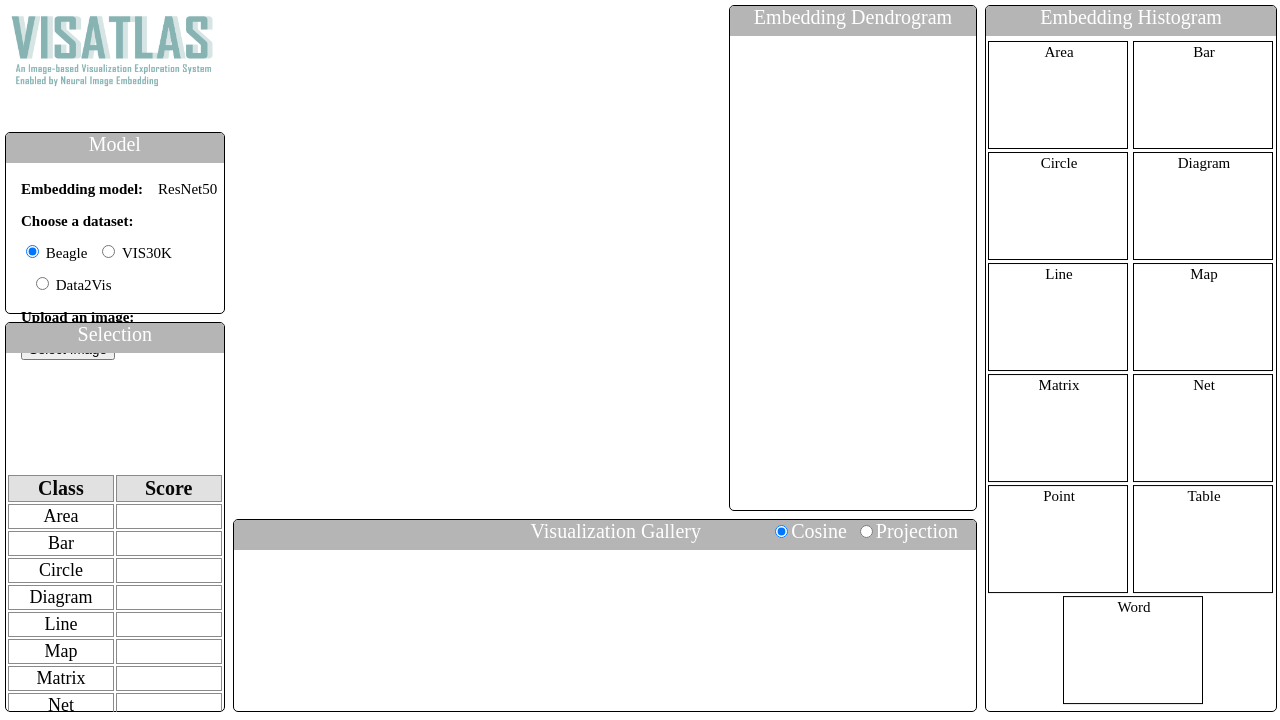
Repository: yilinye/AI_and_human_paintings
Page: / (app in VIS4AI_art/Frontend/)
An editor plug-in stored every save of this project. The page is shown before and after the next save, followed by the edit.
The browser window is 1280 px wide. The pictures show the whole page.
The page's requests for data from a server got no answer. The project was rebuilt for these pictures with package versions that can differ from the ones it lists, and the page was loaded fresh each time. No one was signed in, and anything a server would have sent is missing. Also part of the build but not shown: VIS4AI_art/Frontend/vite.config.js, VIS4AI_art/Frontend/src/components/WelcomeItem.vue, VIS4AI_art/Frontend/src/components/icons/IconDocumentation.vue, VIS4AI_art/Frontend/src/components/icons/IconTooling.vue, VIS4AI_art/Frontend/src/components/icons/IconEcosystem.vue, VIS4AI_art/Frontend/src/components/icons/IconCommunity.vue, VIS4AI_art/Frontend/src/components/icons/IconSupport.vue, VIS4AI_art/Frontend/src/components/TheWelcome.vue and 1 more.

Above is the page before, as saved 2022-04-27 13:37:50.

### VIS4AI_art/Frontend/src/App.vue
<!--
 * @Author: Qing Shi
 * @LastEditTime: 2022-04-12 22:41:44
 * @Knowledge:
 * @Description:
 * @Attention:
-->

<template>
  <VisView/>
</template>

<script>
import VisView from "./views/visView.vue";

// var Event = new Vue();
export default {
    components: { VisView }
}
</script>

<style>
@import "./assets/base.css";

#app {
  height: calc(100%);
  font-weight: normal;
}

</style>

### VIS4AI_art/Frontend/src/assets/base.css
body {

  margin: 0%;
  height: 100%;
  width: 100%;
  background-color: rgb(255, 255, 255);
  overflow: hidden;
}


#titleBar {
  background: rgb(181, 181, 181);
  height: 30px;
  width: calc(100% + 0px);
  border-radius: 4px 4px 0px 0px;
  /* border: solid 1px; */
  transform: translate(0px);
  text-align: center;
  color: white;
  font-size: 20px;
}


/*chrome--------------------------------------------start*/
::-webkit-scrollbar {
  width: 8px;
  height: 8px;
}

/* Track */
::-webkit-scrollbar-track {
  background: #ffffff;
  border-radius: 8px;
}

/* Handle */
::-webkit-scrollbar-thumb {
  background: rgb(201, 201, 202);
  border-radius: 8px;
}

/* Handle on hover */
::-webkit-scrollbar-thumb:hover {
  background: rgb(162, 162, 163);
}

.el-menu::-webkit-scrollbar,
.el-table__body-wrapper::-webkit-scrollbar {
  display: none;
}

.el-menu:hover::-webkit-scrollbar,
.el-table__body-wrapper:hover::-webkit-scrollbar {
  display: block;
}

/*chrome--------------------------------------------end*/

### VIS4AI_art/Frontend/src/views/visView.vue
<template>
  <div id="logoView">
    <img
      src="../assets/logo.png"
      alt=""
      style="width: 100%; height=auto;"
    >
  </div>
  <div id="modelView">
    <ModelView @getFilePath="getFilePath" />
  </div>
  <div id="selectView">
    <SelectView />
  </div>
  <div id="mainView">
    <MainView />
  </div>
  <div id="dendrogramView">
    <DendrogramView />
  </div>
  <div id="histogramView">
    <HistogramView />
  </div>
  <div id="galleryView">
    <GalleryView />
  </div>
</template>

<script>
import * as d3 from 'd3';
import SelectView from "../components/selectView.vue";
import MainView from "../components/mainView.vue";
import DendrogramView from "../components/dendrogramView.vue";
import HistogramView from "../components/histogramView.vue";
import GalleryView from "../components/galleryView.vue";
import ModelView from "../components/modelView.vue";
export default {
  components: { SelectView, MainView, DendrogramView, HistogramView, GalleryView, ModelView },
  data () {
    return {
      pth: { filePath: "/src/visData/Beagle reorder.csv" }
    }
  },
  provide () {
    return {
      fileP: this.pth,
    }
  },
  methods: {
    getFilePath: function (val) {
      this.pth.filePath = val;
      this.fileP = this.pth;
    }
  }
}
</script>

<style>

#logoView {
  position: absolute;
  left: 5px;
  top: 5px;
  height: 17%;
  width: 17%;
  /* border: solid 1px; */
}

#modelView {
  position: absolute;
  left: 5px;
  top: calc(17% + 5px + 5px);
  height: 25%;
  width: 17%;
  border: solid 1px;
  border-radius: 5px;
}

#selectView {
  position: absolute;
  left: 5px;
  top: calc(42% + 15px + 5px);
  height: calc(58% - 30px);
  width: 17%;
  border: solid 1px;
  border-radius: 5px;
}

#mainView {
  position: absolute;
  left: calc(15px + 17%);
  top: calc(5px);
  height: calc(70%);
  width: calc(38%);
  /* border: solid 1px;
  border-radius: 5px; */
}

#dendrogramView {
  position: absolute;
  left: calc(25px + 55%);
  top: calc(5px);
  height: calc(70%);
  width: calc(20% - 10px);
  border: solid 1px;
  border-radius: 5px;
}

#galleryView {
  position: absolute;
  left: calc(15px + 17%);
  top: calc(15px + 70%);
  height: calc(30% - 25px);
  width: calc(58%);
  border: solid 1px;
  border-radius: 5px;
}

#histogramView {
  position: absolute;
  left: calc(25px + 75%);
  top: calc(5px);
  height: calc(100% - 15px);
  width: calc(25% - 30px);
  border: solid 1px;
  border-radius: 5px;
}
</style>

### VIS4AI_art/Frontend/src/components/selectView.vue
<!--
 * @Author: Qing Shi
 * @LastEditTime: 2022-04-26 10:14:02
 * @Knowledge:
 * @Description:
 * @Attention:
-->
<template>
  <div style="height: 100%">
    <div id="titleBar">
      {{ viewName }}
    </div>
    <div id="selectPic">
      <div
        v-if="isChoose"
        id="isChoose"
      >
        <img
          id="nodePic"
        >
      </div>
    </div>
    <div id="selectTable">
      <table style="width:100%;text-align: center;margin-top:2px;height:calc(100% - 10px);margin-bottom:5px;">
        <tr style="height:calc(8% - 30px)">
          <th>Class</th>
          <th>Score</th>
        </tr>
        <tr
          v-for="item in items"
          :key="item.className"
          style="height:calc(8% - 30px)"
        >
          <td>{{ item.className }}</td>
          <td :id="item.className+'Table'">{{ item.classScore }}</td>
        </tr>
      </table>
    </div>
  </div>
</template>

<script>
export default {
  data () {
    return {
      viewName: "Selection",
      isChoose: true,
      picPath: "/src/assets/logo.svg",
      items: {
        Area: { className: "Area", classScore: "" },
        Bar: { className: "Bar", classScore: "" },
        Circle: { className: "Circle", classScore: "" },
        Diagram: { className: "Diagram", classScore: "" },
        Line: { className: "Line", classScore: "" },
        Map: { className: "Map", classScore: "" },
        Matrix: { className: "Matrix", classScore: "" },
        Net: { className: "Net", classScore: "" },
        Point: { className: "Point", classScore: "" },
        Table: { className: "Table", classScore: "" },
        Word: { className: "Word", classScore: "" },
      }
    }
  }
}
</script>

<style>
#selectPic {
  height: 30%;
  width: 100%;
}
#isChoose {
  text-align: center;
  margin-top: 1px;
  margin-left: 6px;
  margin-right: 6px;
  margin-bottom: 2px;
  height: 100%;
  display: flex;
  flex-direction: column;
  justify-content: center;
  align-items: center;
}
#selectTable {
  height: calc(70% - 30px);
  width: 100%;
  overflow: auto;
  /* background-color: #000000; */
}

th {
  text-align: middle;
  /* padding-left: 45px; */
  /* border-bottom: 1px solid #ddd; */
  border: 1px solid rgb(138, 138, 138);
  /* background-color: white; */
  background-color: rgb(225, 225, 225);
  color: rgb(7, 7, 7);
  font-size: 20px;
  /* color: white; */
}

td {
  text-align: middle;
  /* padding-left: 45px; */
  width: 50%;
  /* border-bottom: 1px solid #ddd; */
  border: 1px solid rgb(138, 138, 138);
  font-size: 18px;
  color: black;
  /* height: 100% */
}

/* tr {
  height: calc(100%)
} */

tr:hover {
  background-color: rgb(231, 164, 179);
}
</style>

### VIS4AI_art/Frontend/src/components/mainView.vue
<template>
  <!-- <div id="titleBar">
    {{ viewName }}
  </div> -->
  <div id="mainViewPic">

  </div>
</template>

<script>
import * as d3 from 'd3';
export default {
  data () {
    return {
        viewName: "Model"
    }
  },
  methods: {
    createSVG () {
      d3.select("#mainViewPicSvg").remove();

    }
  }
}
</script>

<style>
</style>

### VIS4AI_art/Frontend/src/components/dendrogramView.vue
<!--
 * @Author: Qing Shi
 * @LastEditTime: 2022-04-27 13:37:51
 * @Knowledge:
 * @Description:
 * @Attention:
-->
<template>
  <div style="height: 100%; width: 100%;">
    <div id="titleBar">
      {{ viewName }}
    </div>
    <div
      id="dendrogramViewPic"
      :style="{height: ht}"
    >

    </div>
  </div>
</template>

<script>
import * as d3 from 'd3';
export default {
  mounted () {
    this.createSVG();
    this.drawDedrogram(this.fileP.filePath);
  },
  data () {
    return {
      viewName: "Embedding Dendrogram",
      dendWidth: 0,
      dendHeight: 0,
      ht: "calc(100% - 30px)",
      levelCluster: {
        "Beagle": ['Circle', 'Map', 'Line', 'Area', 'Bar', 'Net', 'Point', 'Diagram', 'Matrix', 'Table', 'Word'],
        "VIS": ["Map", "Circle", "Bar", "Point", "Line", "Diagram", "Matrix", "Net", "Area", "Table", "Word"],
        "Data": ["Area", "Line", "Bar", "Point"]
      },
      colormap: { "circle": "#4A80CE", "point": "#FF931D", "net": "#42B287", "line": "#E5CD3C", "area": "#FF6224", "bar": "#A9DB63", "map": "#C192EA", "matrix": "#1C9AB7", "table": "#FF9896", "word": "#FFB839", "diagram": "#0ED88F" },
    }
  },
  inject: ['fileP'],
  methods: {
    createSVG () {
      const dendHeight = document.getElementById('dendrogramViewPic').offsetHeight;
      const dendWidth = document.getElementById('dendrogramViewPic').offsetWidth;
      this.dendHeight = dendHeight;
      this.dendWidth = dendWidth;
      d3.select("#dendrogramViewPicSvg").remove();
      d3.select("#dendrogramViewPic")
        .append('svg')
        .attr('id', 'dendrogramViewPicSvg')
        .attr('height', dendHeight)
        .attr('width', dendWidth);
    },
    drawDedrogram (filePath) {
      let levelType = undefined;

      if (filePath[13] == 'B') {
        levelType = this.levelCluster["Beagle"];
      }

      if (filePath[13] == 'v') {
        levelType = this.levelCluster["VIS"];
      }

      if (filePath[13] == 'd') {
        levelType = this.levelCluster["Data"];
      }
      d3.csv(filePath).then((fileData) => {
        // console.log(fileData);
        let tempLevel = new Object();
        // console
        for (let i in levelType) tempLevel[levelType[i].toLowerCase()] = 0;
        for (let i = 0; i < fileData.length; ++i) {
          // if (i < 10) console.log(fileData[i]['class']);
          tempLevel[fileData[i]['class']]++;
        }
        let treeData = new Array();
        let sumTree = 0;
        for (let i in tempLevel) {
          if (tempLevel[i] > 0) {
            treeData.push({
              value: tempLevel[i],
              id: i,
              top: sumTree
            });
            sumTree += tempLevel[i];
          }
        }
        this.drawTree(treeData, sumTree);
        // this.drawTree([{value: 80, id:'circle', top: 0}, {value: 20, id: 'net', top: 80}], 100)
        // this.drawTree([{ value: 100, id: 'circle', top: 0 }], 100)
      })
    },
    drawTree (treeData, sumTree) {
      d3.select('#tree_g').remove();
      const tree_g = d3.select('#dendrogramViewPicSvg')
        .append('g')
        .attr('id', 'tree_g');

      const yAxisTop = d3.scaleLinear()
        .domain([0, sumTree])
        .range([5, this.dendHeight - 5]);
      const yAxis = d3.scaleLinear()
        .domain([0, sumTree])
        .range([0, this.dendHeight - 10]);

      let tree_rect_g = tree_g.append('g')
        .selectAll("#treeRect")
        .attr('id', 'treeRect')
        .data(treeData)
        .enter()
      tree_rect_g.append('rect')
        .attr('x', this.dendWidth - 60)
        .attr('y', d => yAxisTop(d.top))
        .attr('width', 48)
        .attr('height', d => yAxis(d.value))
        .attr('fill', d => this.colormap[d.id])
      // .attr('fill-opacity', 0.7)
      tree_rect_g.append('text')
        .attr('x', this.dendWidth - 60)
        .attr('y', d => {
          return yAxisTop(d.top + d.value / 2);
        })
        .attr('text-anchor', 'middle')
        .attr('dx', 24)
        .attr('dy', 7)
        .attr('font-size', 14)
        .text(d => {
          if (yAxis(d.value) > 24)
            return d.value;
        });
      let scatterData = [];
      let lineData = [];
      let textData = [];
      treeData.forEach(d => {
        scatterData.push({
          cx: this.dendWidth - 60 - 1,
          cy: d.top + d.value / 2
        });
      });
      let lastScatterPos = scatterData[treeData.length - 1];
      if (treeData.length > 1) {
        lineData.push({
          x1: lastScatterPos.cx,
          y1: lastScatterPos.cy,
          x2: lastScatterPos.cx - ((this.dendWidth - 100) / (treeData.length - 1)),
          y2: lastScatterPos.cy
        });
        textData.push({
          x: (lastScatterPos.cx + lastScatterPos.cx - ((this.dendWidth - 100) / (treeData.length - 1))) / 2,
          y: lastScatterPos.cy,
          wid: ((this.dendWidth - 100) / (treeData.length - 1)),
          hei: lastScatterPos.cy - (treeData.length == 1 ? 5 : scatterData[treeData.length - 2].cy),
          id: treeData[treeData.length - 1].id
        })
      }
      for (let i = treeData.length - 2; i >= 0; --i) {
        let tempScatter = ({
          cx: lastScatterPos.cx - ((this.dendWidth - 100) / (treeData.length - 1)),
          cy: (scatterData[i].cy + lastScatterPos.cy) / 2
        });
        lineData.push({
          x1: scatterData[i].cx,
          y1: scatterData[i].cy,
          x2: tempScatter.cx,
          y2: scatterData[i].cy
        });
        lineData.push({
          x1: tempScatter.cx,
          y1: lastScatterPos.cy,
          x2: tempScatter.cx,
          y2: (scatterData[i].cy)
        });
        lineData.push({
          x1: tempScatter.cx,
          y1: lastScatterPos.cy,
          x2: lastScatterPos.cx,
          y2: lastScatterPos.cy
        });
        textData.push({
          x: (scatterData[i].cx + tempScatter.cx) / 2,
          y: scatterData[i].cy,
          wid: (scatterData[i].cx - tempScatter.cx),
          hei: scatterData[i].cy - (i == 0 ? 5 : scatterData[i - 1].cy),
          id: treeData[i].id
        })
        lastScatterPos = tempScatter;
        scatterData.push(tempScatter);
      }

      scatterData.push({
        cx: lastScatterPos.cx - (treeData.length > 1 ? 0 : (this.dendWidth - 100)) - 25,
        cy: lastScatterPos.cy
      });
      lineData.push({
        x1: lastScatterPos.cx,
        y1: lastScatterPos.cy,
        x2: lastScatterPos.cx - (treeData.length > 1 ? 0 : (this.dendWidth - 100)) - 25,
        y2: lastScatterPos.cy
      });

      if (treeData.length == 1) {
        textData.push({
          x: (scatterData[0].cx + 25) / 2,
          y: scatterData[0].cy,
          wid: (scatterData[0].cx - 25),
          hei: scatterData[0].cy - 5,
          id: treeData[0].id
        })
      }

      tree_g.append('g')
        .selectAll('#treeLine')
        .attr('id', 'treeLine')
        .data(lineData)
        .enter()
        .append('line')
        .attr('x1', d => d.x1)
        .attr('y1', d => yAxisTop(d.y1))
        .attr('x2', d => d.x2)
        .attr('y2', d => yAxisTop(d.y2))
        .attr('fill', 'none')
        .attr('stroke', 'rgb(120, 120, 120)')
        .attr('stroke-width', 1);
      tree_g.append('g')
        .selectAll('#treeCir')
        .attr('id', 'treeCir')
        .data(scatterData)
        .enter()
        .append('circle')
        .attr('cx', d => d.cx)
        .attr('cy', d => yAxisTop(d.cy))
        .attr('r', 2)
        .attr('fill', 'black')
        .attr('stroke', d3.rgb(120, 120, 120))
        .attr('stroke-width', 1);
      tree_g.append('g')
        .selectAll('#treeLineName')
        .attr('id', 'treeLineName')
        .data(textData)
        .enter()
        .append('text')
        .attr('text-anchor', 'middle')
        .attr('font-size', 14)
        .attr('dy', -5)
        .attr('x', d => d.x)
        .attr('y', d => yAxisTop(d.y))
        .text(d => {
          if (d.wid > 40 && yAxis(d.hei) > 18)
            return d.id[0].toUpperCase() + d.id.slice(1);
        })
    }
  },
  watch: {

    fileP: {
      handler (newValue, oldValue) {

        this.drawDedrogram(this.fileP.filePath);
      },
      deep: true
    },
  }
}
</script>

<style>
</style>

### VIS4AI_art/Frontend/src/components/galleryView.vue
<!--
 * @Author: Qing Shi
 * @LastEditTime: 2022-04-26 17:20:08
 * @Knowledge:
 * @Description:
 * @Attention:
-->
<template>
  <div style="width: 100%; height: 100%;">
    <div id="titleBar">
      <span style="position: absolute; left: 40%;">{{ viewName }}</span>
      <span style="float: right">
        <form
          id="select-distance"
          style="margin-top:0;margin-right:18px"
        >

          <input
            type="radio"
            id="metricChoice1"
            name="contact"
            value="cosine"
            checked="checked"
            @click="updateType('Cosine')"
          >
          <label for="metricChoice1">Cosine</label>

          <input
            type="radio"
            id="metricChoice2"
            name="contact"
            value="radviz"
            style="margin-left:13px;padding-top:50%;"
            @click="updateType('Projection')"
          >
          <label for="metricChoice2">Projection</label>

        </form>
      </span>

    </div>
    <div id="nodeGallery">
      <div style="height: 100%; white-space: nowrap;">
        <div
          v-for="(item, index) in closeNode"
          :key="index"
          class="closeNode"
        >
          <img
            :src="'/src/assets' + item.path.slice(1)"
            alt=""
            :pid="item.pid"
            style="height:100%;"
            @click="updateSelectNode(item)"
          >
        </div>
      </div>
    </div>
  </div>
</template>

<script>
export default {
  data () {
    return {
      viewName: "Visualization Gallery",
      closeNode: []
    }
  },
  methods: {
    setCloseNode (data) {
      // console.log(data);
      this.closeNode = data;
    },
    updateType (data) {
      // console.log(data)
      this.$emit('updateGType', data);
    },
    updateSelectNode (data) {
      this.$emit("updateSelectNode", data);
    }
  }
}
</script>

<style>
#nodeGallery {
  overflow-x: scroll;
  overflow-y: hidden;
  width: 100%;
  height: calc(100% - 30px);
}
.closeNode {
  /* position: absolute; */
  /* width: 20%; */
  height: calc(100% - 10px);
  /* padding-bottom: 50%; */
  /* position: fixed; */
  margin-top: 5px;
  margin-bottom: 5px;
  border: solid 1px;
  margin-left: 2.5px;
  margin-right: 2.5px;
  /* float: left; */
  white-space: normal;
  display: inline-block;
  /* display: flex; */
  flex-direction: column;
  justify-content: center;
  align-items: center;
}
</style>

### VIS4AI_art/Frontend/src/components/modelView.vue
<!--
 * @Author: Qing Shi
 * @LastEditTime: 2022-04-08 23:35:44
 * @Knowledge:
 * @Description:
 * @Attention:
-->
<template>
  <div id="titleBar">
    {{ viewName }}
  </div>
  <div id="panel">
    <span style="font-weight: bold;">Embedding model:</span>&nbsp;&nbsp;&nbsp;&nbsp;ResNet50
    <br>
    <span style="font-weight: bold;">Choose a dataset:</span>
    <br>
    <form>
					<div style="display:inline-block">
						<input type="radio" id="cbox1" name="dataset" value="Beagle" @click="chooseFile('/src/visData/Beagle reorder.csv')" checked
							source="/src/visData/Beagle reorder.csv">
						Beagle
          </div>

					<div style="margin-left:10px;display:inline-block">
						<input type="radio" id="cbox2" name="dataset" value="Vis30k" @click="chooseFile('/src/visData//vis30k reorder.csv')" source="/src/visData/vis30k reorder.csv">
						VIS30K
          </div>

					<div style="margin-left:10px;display:inline-block">
						<input type="radio" id="cbox3" name="dataset" value="Data2Vis" @click="chooseFile('/src/visData/data2vis reorder.csv')" source="/src/visData/data2vis reorder.csv">
						Data2Vis
          </div>

					<input type="submit" value="Submit" style="display:none" id="dataset submit">
				</form>
    <!-- <br> -->
    <span style="font-weight: bold;">Upload an image:</span> &nbsp;
    <button>Select Image</button>
  </div>
</template>

<script>
export default {
  // created() {
  //   this.chooseFile(this.fileName);
  // },
  data () {
    return {
      viewName: "Model",
      fileName: "/src/visData/Beagle reorder.csv"
    }
  },
  methods: {
    chooseFile: function(e) {
      this.fileName = e;
      this.$emit('getFilePath', e);
    }
  }
}
</script>

<style>
#panel {
  /* text-align: center; */
  font-size: 15px;
  line-height: 2rem;
  margin-top: 10px;
  margin-left: 15px;
}
</style>

Loaded but not shown: VIS4AI_art/Frontend/index.html (common file); VIS4AI_art/Frontend/src/service/modules/dataService.js (24 lines, source omitted); VIS4AI_art/Frontend/src/router/index.js (20 lines, source omitted); VIS4AI_art/Frontend/src/main.js (11 lines, source omitted); VIS4AI_art/Frontend/src/service/index.js (1 lines, source omitted); VIS4AI_art/Frontend/src/components/histogramView.vue (365 lines, source omitted)

After the next save:
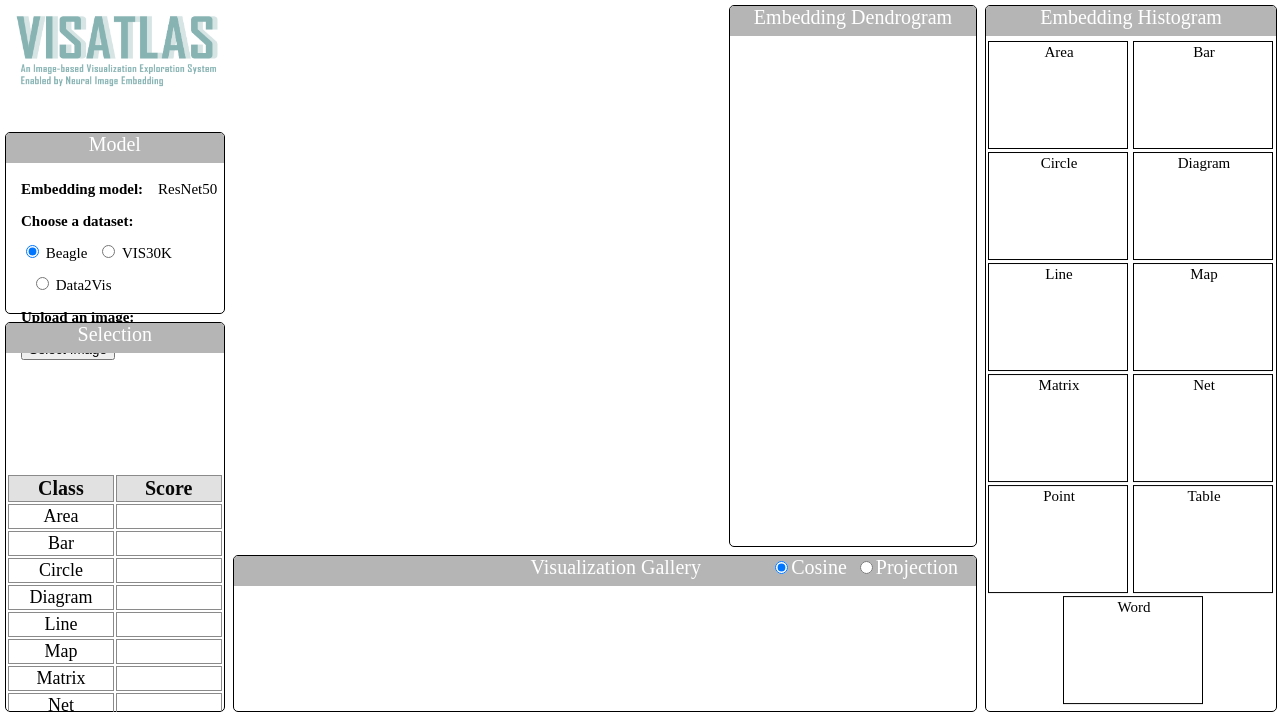
Saved 5 min 35 s later.
--- a/VIS4AI_art/Frontend/src/views/visView.vue
+++ b/VIS4AI_art/Frontend/src/views/visView.vue
@@ -1,28 +1,41 @@
 <template>
-  <div id="logoView">
-    <img
-      src="../assets/logo.png"
-      alt=""
-      style="width: 100%; height=auto;"
-    >
-  </div>
-  <div id="modelView">
-    <ModelView @getFilePath="getFilePath" />
-  </div>
-  <div id="selectView">
-    <SelectView />
-  </div>
-  <div id="mainView">
-    <MainView />
-  </div>
-  <div id="dendrogramView">
-    <DendrogramView />
-  </div>
-  <div id="histogramView">
-    <HistogramView />
-  </div>
-  <div id="galleryView">
-    <GalleryView />
+  <div style="height:100%;width:100%;">
+    <div id="logoView">
+      <img
+        src="../assets/logo.png"
+        alt=""
+        style="width: 100%; height=auto;"
+      >
+    </div>
+    <div id="modelView">
+      <ModelView
+        @getFilePath="getFilePath"
+        @queryNode="updateQuery"
+      />
+    </div>
+    <div id="selectView">
+      <SelectView />
+    </div>
+    <div id="mainView">
+      <MainView
+        ref="mainV"
+        @updateTree="updateTree"
+        @updateGallery="updateGallery"
+      />
+    </div>
+    <div id="dendrogramView">
+      <DendrogramView ref="dendrogram" />
+    </div>
+    <div id="histogramView">
+      <HistogramView @updateTree="updateTree" />
+    </div>
+    <div id="galleryView">
+      <GalleryView
+        ref="gallery"
+        @updateGType="updateType"
+        @updateSelectNode="updateSelectNode"
+      />
+    </div>
   </div>
 </template>
 
@@ -38,7 +51,10 @@ export default {
   components: { SelectView, MainView, DendrogramView, HistogramView, GalleryView, ModelView },
   data () {
     return {
-      pth: { filePath: "/src/visData/Beagle reorder.csv" }
+      // init file
+      pth: { filePath: "/src/visData/Beagle reorder.csv" },
+
+      // pth: { filePath: "/src/visData/data2vis reorder.csv" },
     }
   },
   provide () {
@@ -50,23 +66,39 @@ export default {
     getFilePath: function (val) {
       this.pth.filePath = val;
       this.fileP = this.pth;
+    },
+    updateTree (treeData, sumTree) {
+      this.$refs.dendrogram.drawTree(treeData, sumTree);
+    },
+    updateGallery (data) {
+      this.$refs.gallery.setCloseNode(data);
+    },
+    updateType (data) {
+      this.$refs.mainV.setGalleryType(data);
+    },
+    updateSelectNode (data) {
+      this.$refs.mainV.setSelectNode(data);
+    },
+    updateQuery (data) {
+      this.$refs.mainV.setQuery(data);
     }
   }
 }
 </script>
 
 <style>
-
 #logoView {
   position: absolute;
   left: 5px;
   top: 5px;
-  height: 17%;
+  /* height: 17%; */
   width: 17%;
+  margin-left: 5px;
   /* border: solid 1px; */
 }
 
 #modelView {
+  /* margin-left: 5px; */
   position: absolute;
   left: 5px;
   top: calc(17% + 5px + 5px);
@@ -90,7 +122,7 @@ export default {
   position: absolute;
   left: calc(15px + 17%);
   top: calc(5px);
-  height: calc(70%);
+  height: calc(75%);
   width: calc(38%);
   /* border: solid 1px;
   border-radius: 5px; */
@@ -100,7 +132,7 @@ export default {
   position: absolute;
   left: calc(25px + 55%);
   top: calc(5px);
-  height: calc(70%);
+  height: calc(75%);
   width: calc(20% - 10px);
   border: solid 1px;
   border-radius: 5px;
@@ -109,8 +141,8 @@ export default {
 #galleryView {
   position: absolute;
   left: calc(15px + 17%);
-  top: calc(15px + 70%);
-  height: calc(30% - 25px);
+  top: calc(15px + 75%);
+  height: calc(25% - 25px);
   width: calc(58%);
   border: solid 1px;
   border-radius: 5px;
@@ -125,4 +157,20 @@ export default {
   border: solid 1px;
   border-radius: 5px;
 }
+
+/* .lasso path {
+  stroke: rgb(80, 80, 80);
+  stroke-width: 2px;
+}
+.lasso .drawn {
+  fill-opacity: 0.05;
+}
+.lasso .loop_close {
+  fill: none;
+  stroke-dasharray: 4, 4;
+}
+.lasso .origin {
+  fill: #3399ff;
+  fill-opacity: 0.5;
+} */
 </style>
